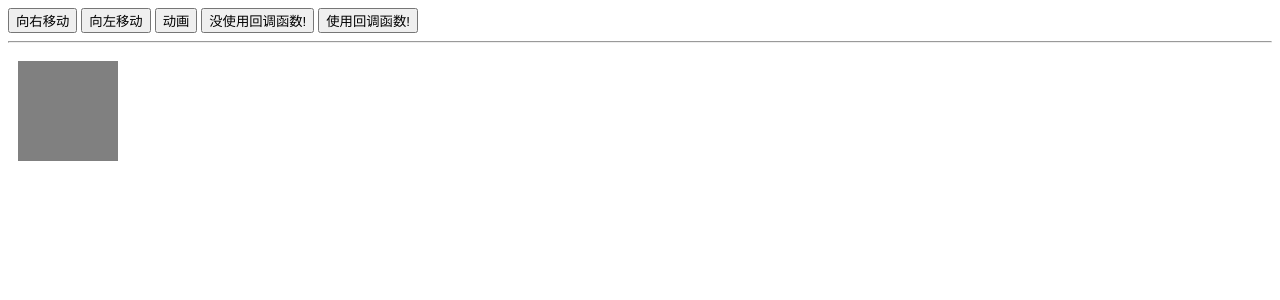
Repository: jsjchai/springmvc_study
Page: springmvc/jquery/jquery_Test/WebContent/jqueryTest15.html
An editor plug-in stored every save of this project. The page is shown before and after the next save, followed by the edit.
The browser window is 1280 px wide. The pictures show the whole page.

Above is the page before, as saved 2015-04-06 12:38:01.

After the next save:
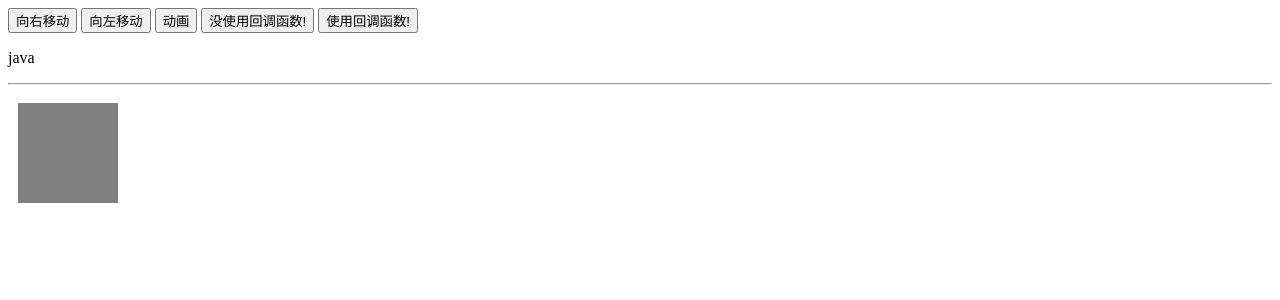
Saved 48 s later.
--- a/springmvc/jquery/jquery_Test/WebContent/jqueryTest15.html
+++ b/springmvc/jquery/jquery_Test/WebContent/jqueryTest15.html
@@ -43,6 +43,7 @@
 	<input type="button" value="动画" id="b3">
 	<input id="button1" type="button" value="没使用回调函数!" />
     <input id="button2" type="button" value="使用回调函数!" />
+    	<p>java</p>
 	<hr>
 	<div id="d1"
 		style="width: 100px; height: 100px; background-color: gray; margin: 10px; position: absolute;"></div>
